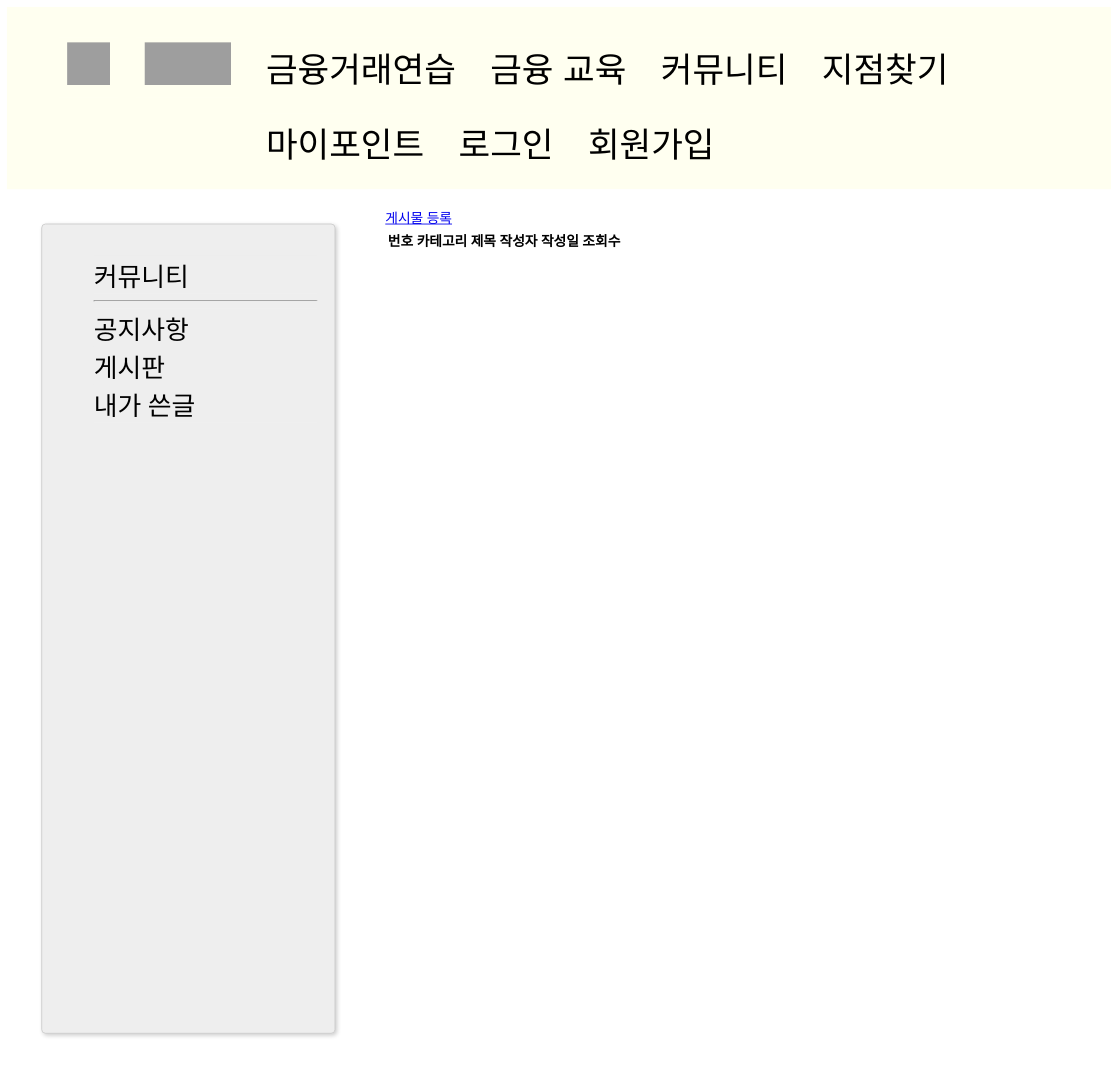
Repository: syc98syc/KB04_TeamProject
Page: http://localhost/jgig/WEB-INF/jsp/board/list.jsp
These files come from the project's save history. The page is drawn as it stood at one moment and after the next save; the edit follows.
The browser window is 1280 px wide. The page is 1292 px wide, so the pictures cover 1292 px, including what lies to the right of the window. The pictures show the whole page, at 86% of full size.
Pictures or frames that could not be fetched are drawn as grey boxes. Some web fonts or font styles are not loaded; a fallback is used. The page is served by Tomcat 9. Nobody is signed in. The template is opened directly, without the code that normally fills it, so the values that code supplies are empty.

Above is the page before, as saved 2023-09-06 05:41:22.

After the next save:
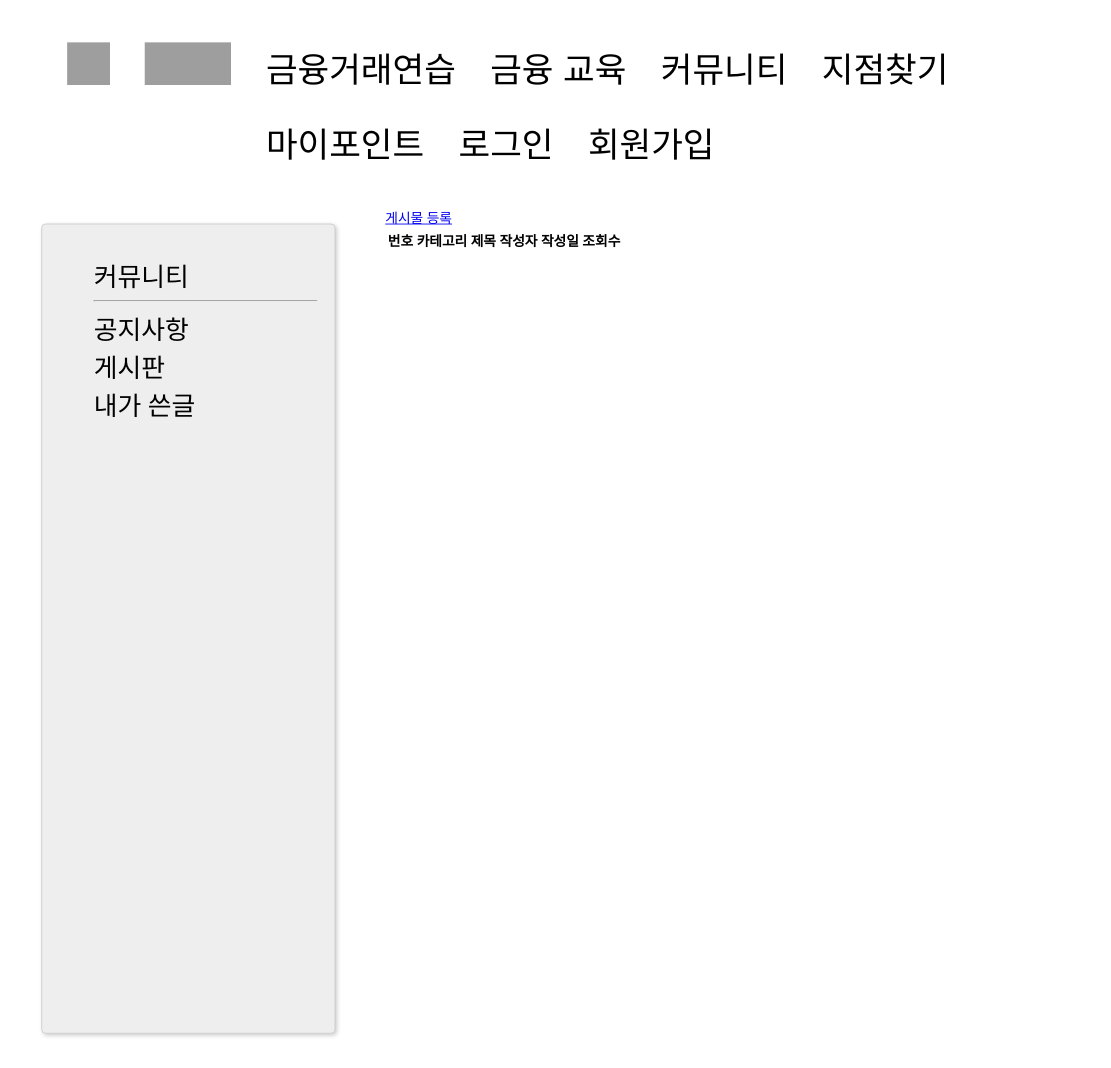
Saved 54 s later.
--- a/jgig/src/main/webapp/WEB-INF/jsp/include/top_navbar.jsp
+++ b/jgig/src/main/webapp/WEB-INF/jsp/include/top_navbar.jsp
@@ -10,7 +10,7 @@
 
 /* 상단 메뉴 스타일 */
         #top-menu {
-            background-color: #FFFFF0;
+            background-color: #FFFFFF;
             color: #fff;
             padding: 10px;
             width: 100%;
@@ -41,7 +41,7 @@
 	#top-menu li{
 		font-family: 'Nanum Gothic', sans-serif;
 		float: left;
-		background: #FFFFF0;
+		background: #FFFFFF;
 		padding:5px 10px;
 		font-size: 40px;
 		margin: 10px;

After the save that followed:
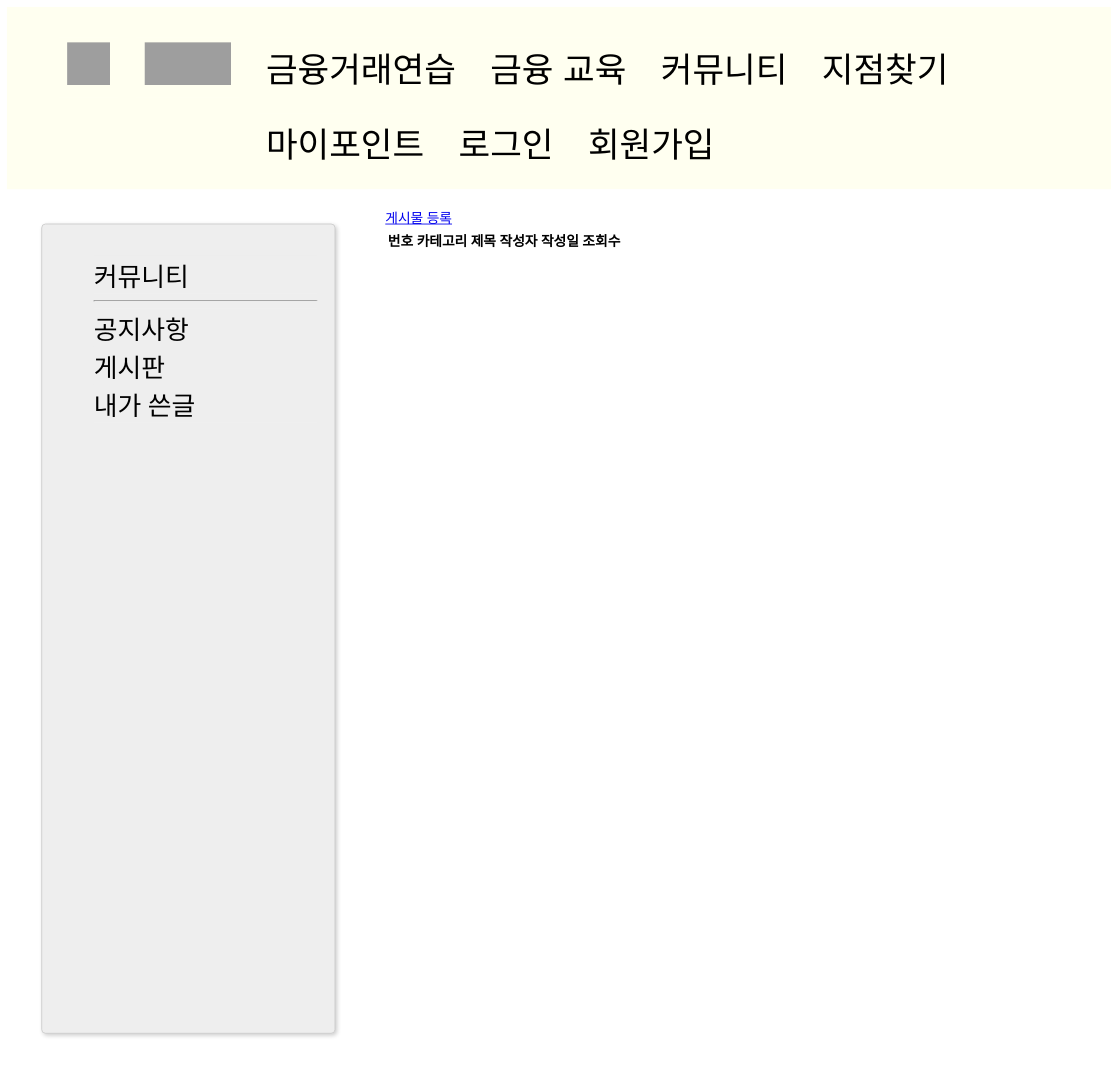
Saved 49 s later.
--- a/jgig/src/main/webapp/WEB-INF/jsp/include/top_navbar.jsp
+++ b/jgig/src/main/webapp/WEB-INF/jsp/include/top_navbar.jsp
@@ -10,7 +10,7 @@
 
 /* 상단 메뉴 스타일 */
         #top-menu {
-            background-color: #FFFFFF;
+            background-color: #FFFFF0;
             color: #fff;
             padding: 10px;
             width: 100%;
@@ -41,7 +41,7 @@
 	#top-menu li{
 		font-family: 'Nanum Gothic', sans-serif;
 		float: left;
-		background: #FFFFFF;
+		background: #FFFFF0;
 		padding:5px 10px;
 		font-size: 40px;
 		margin: 10px;
